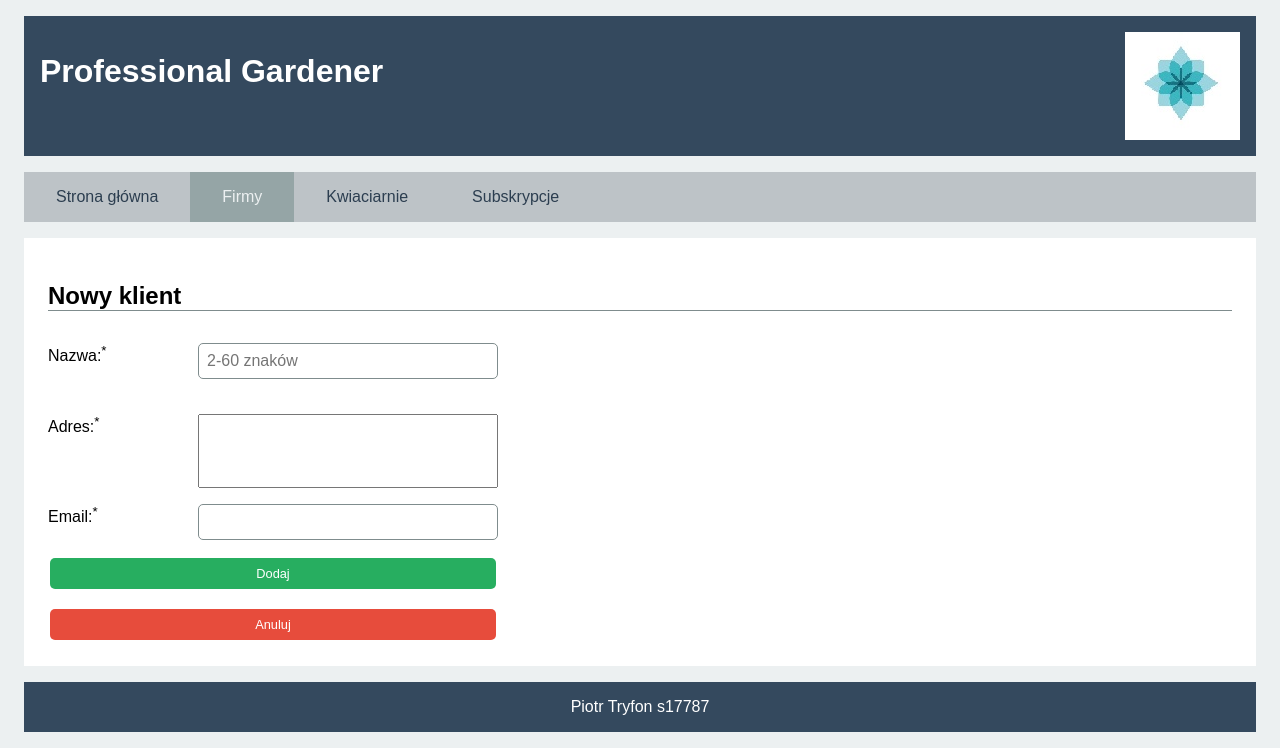
Repository: s17787/TIN
Page: tin_zaoczne_12_s17787_html-css/pages/client-form.html
An editor plug-in stored every save of this project. The page is shown before and after the next save, followed by the edit.
The browser window is 1280 px wide. The pictures show the whole page.

Above is the page before, as saved 2021-01-06 09:36:22.

After the next save:
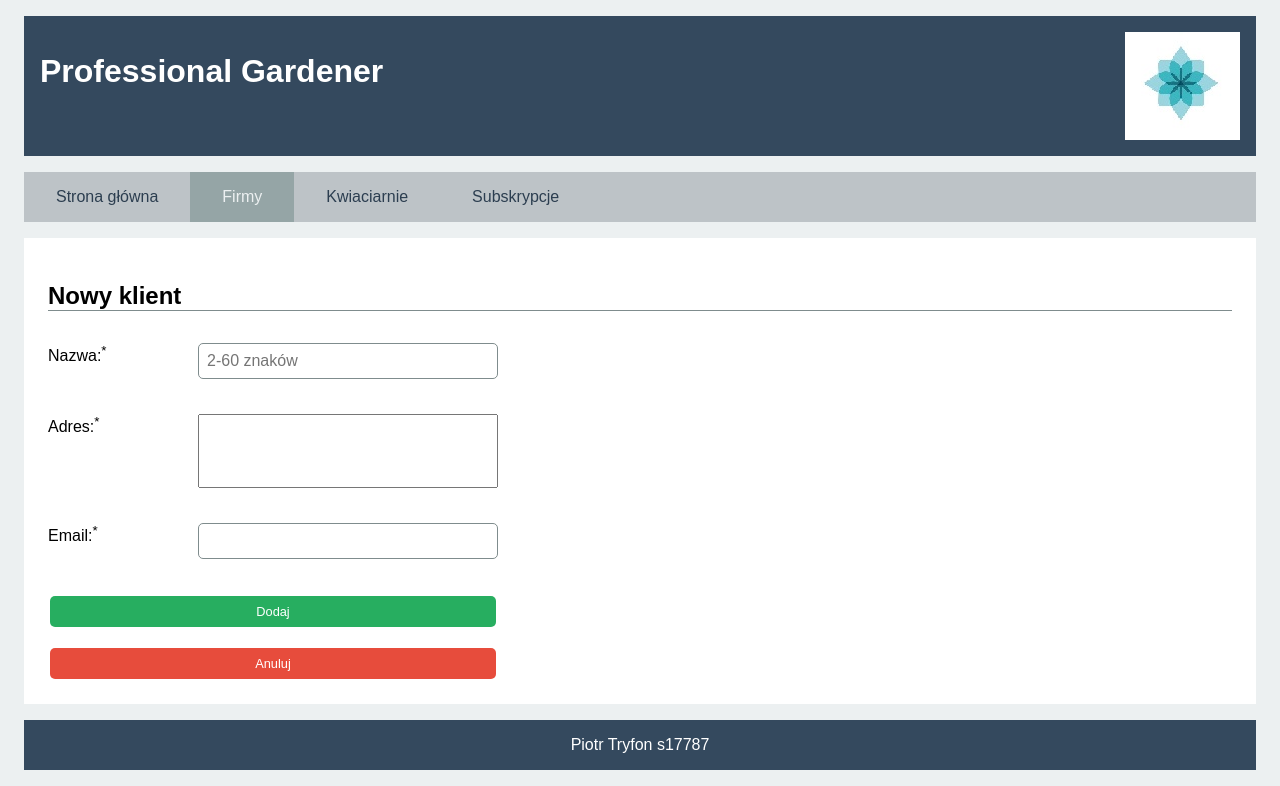
Saved 21 s later.
--- a/tin_zaoczne_12_s17787_html-css/pages/client-form.html
+++ b/tin_zaoczne_12_s17787_html-css/pages/client-form.html
@@ -31,10 +31,12 @@
             <!--<div class="form-group">-->
                 <label for="Adres">Adres:<sup>*</sup></label>
                 <textarea type="text" name="Adres" id="Adres" rows="4" cols="10" style="resize: none;"></textarea>
+                <span id="errorAdres" class="errors-text"></span>
             <!--</div>-->
             <!--<div class="form-group">-->
                 <label for="email">Email:<sup>*</sup></label>
                 <input type="email" name="email" id="email" />
+                <span id="errorEmail" class="errors-text"></span>
             <!--</div>-->
             <!--<div class="form-buttons">-->
                 <p><a href="client-list.html" class="form-button-submit" >Dodaj</a></p>
